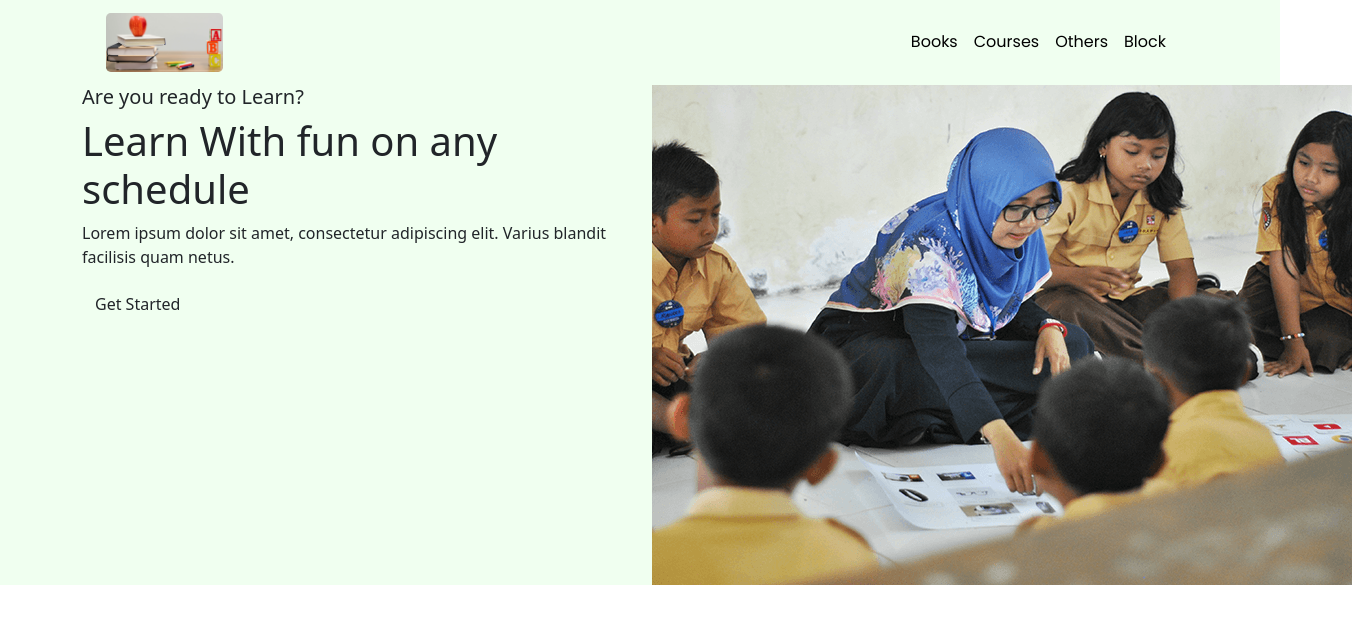
Repository: zjria/Figma-to-E-school
Page: index.html
These files come from the project's save history. The page is drawn as it stood at one moment and after the next save; the edit follows.
The browser window is 1280 px wide. The page is 1352 px wide, then 1280 px, so the pictures cover 1352 px, including what lies to the right of the window. The pictures show the whole page.
Some web libraries are served in a nearby version.

Above is the page before, as saved 2022-05-06 15:26:22.

After the next save:
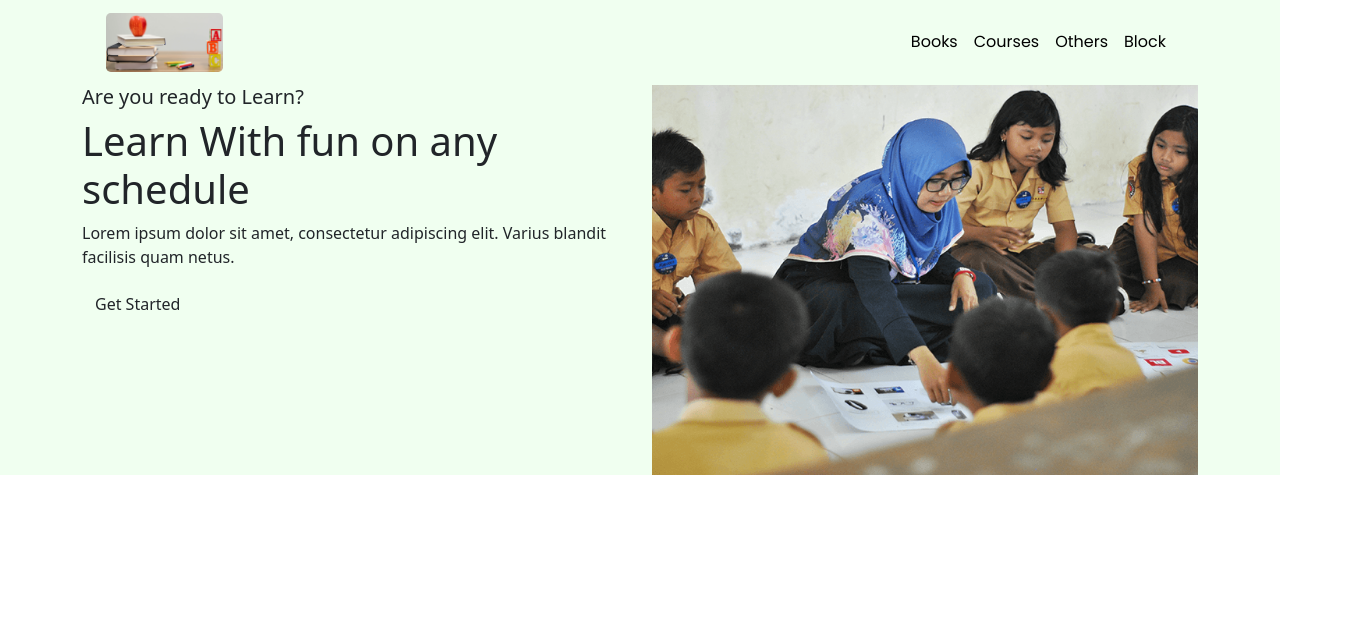
Saved 37 s later.
--- a/index.html
+++ b/index.html
@@ -56,7 +56,7 @@
                 <a href="" class="btn btn-custom">Get Started</a>
               </div>
               <div class="col-md-6">
-                <img src="images/hero-img.png" alt="">
+                <img src="images/hero-img.png" class="img-fluid" alt="">
               </div>
             </div>
         </div>
